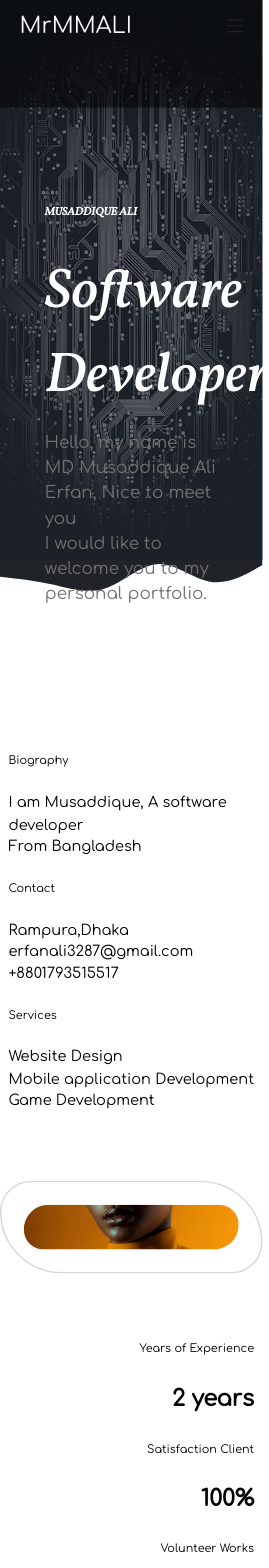
Repository: MMALI3287/Resume
Page: index.html
These files come from the project's save history. The page is drawn as it stood at one moment and after the next save; the edit follows.
The browser window is 375 px wide. The page is 384 px wide, so the pictures cover 384 px, including what lies to the right of the window. The pictures show the part of the page from y = 0 to 2240 px (the page is 11294 px tall), at 70% of full size.
Some web libraries are served in a nearby version.

Above is the page before, as saved 2023-07-16 02:47:58.

After the next save:
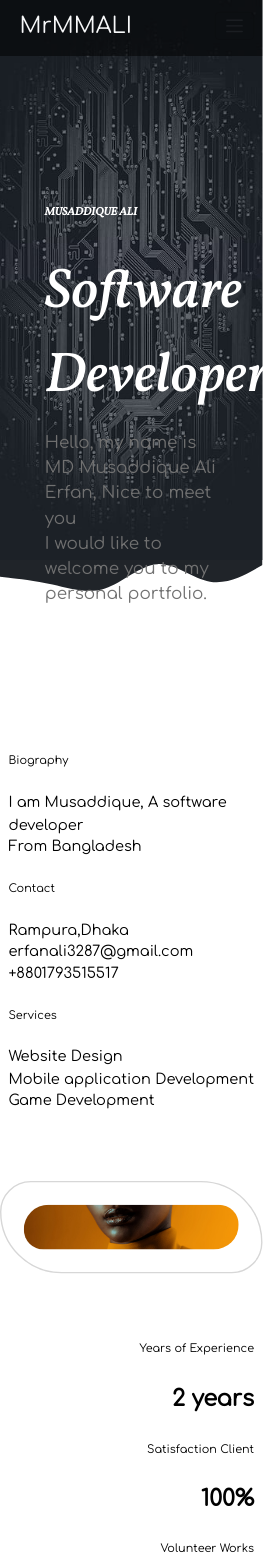
Saved 26 s later.
--- a/css/style.css
+++ b/css/style.css
@@ -521,6 +521,10 @@
     margin-left: 1rem;
   }
 
+  .navbar {
+    height: 5rem;
+  }
+
   .git {
     visibility: hidden;
   }

After the save that followed:
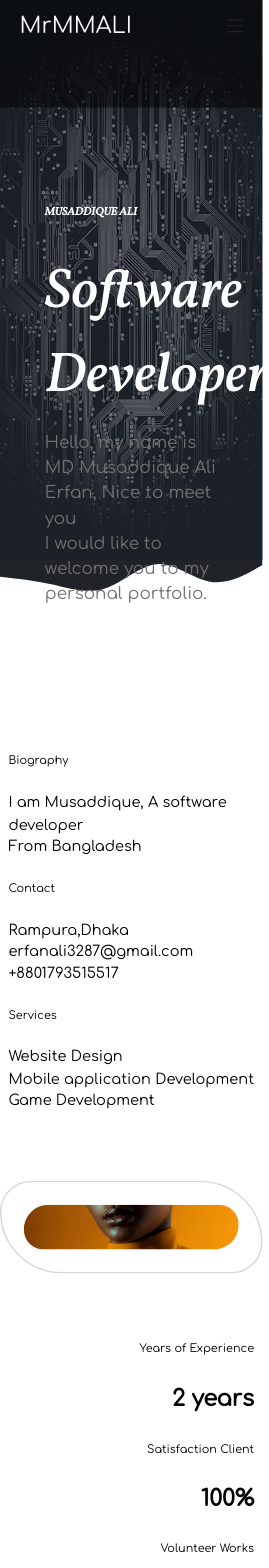
Saved 14 s later.
--- a/css/style.css
+++ b/css/style.css
@@ -521,10 +521,6 @@
     margin-left: 1rem;
   }
 
-  .navbar {
-    height: 5rem;
-  }
-
   .git {
     visibility: hidden;
   }
